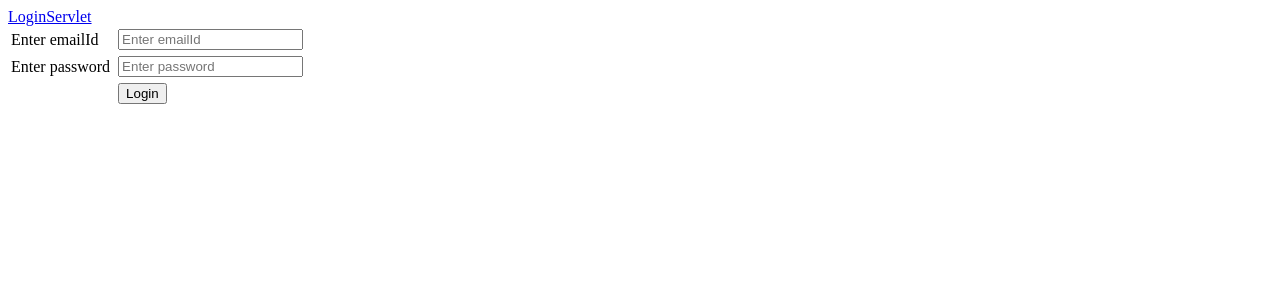
Repository: rajeshyadav3/Advjava
Page: workspace2/EmpWebApp/WebContent/Login.html
The author's editor kept a copy of each file at every save. The page is drawn from the files as they stood at one save, then again after the next save.
The browser window is 1280 px wide. The pictures show the whole page.

Above is the page before, as saved 2024-01-05 10:24:38.

### workspace2/EmpWebApp/WebContent/Login.html
<!DOCTYPE html>
<html>
<head>
<meta charset="ISO-8859-1">
<title>Login page</title>
</head>
<body>
<form action ="LoginServlet" method='get'>
<table>

<tr>
<td>Enter emailId<td/>
<td><input type="text" name="emailId" placeholder="Enter emailId"/><td/>
<tr/>

<tr>
<td>Enter password<td/>
<td><input type="password" name="password" placeholder="Enter password"/><td/>
<tr/>

<a href="LoginServlet"/>LoginServlet<a/>

<tr>
<td><td/>
<td><button>Login</button><td/>
<tr/>

</table>



</form>
</body>
</html>

After the next save:
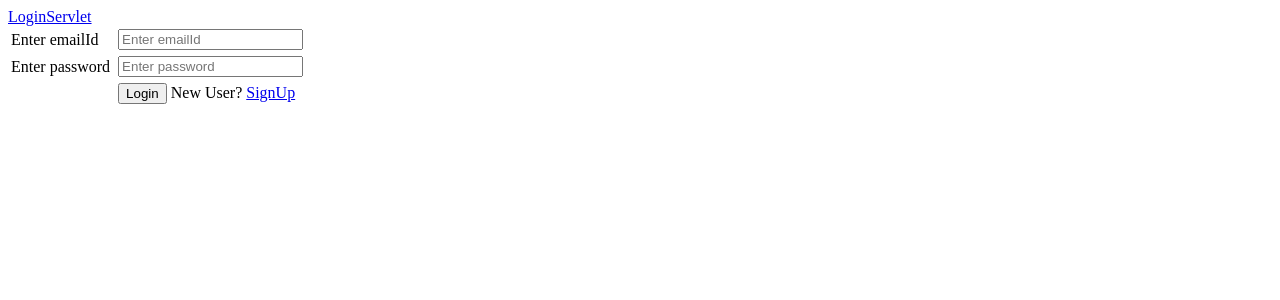
Saved 6 min 34 s later.
--- a/workspace2/EmpWebApp/WebContent/Login.html
+++ b/workspace2/EmpWebApp/WebContent/Login.html
@@ -22,7 +22,7 @@
 
 <tr>
 <td><td/>
-<td><button>Login</button><td/>
+<td><button>Login</button> New User? <a href="Register.html">SignUp</a><td/>
 <tr/>
 
 </table>
